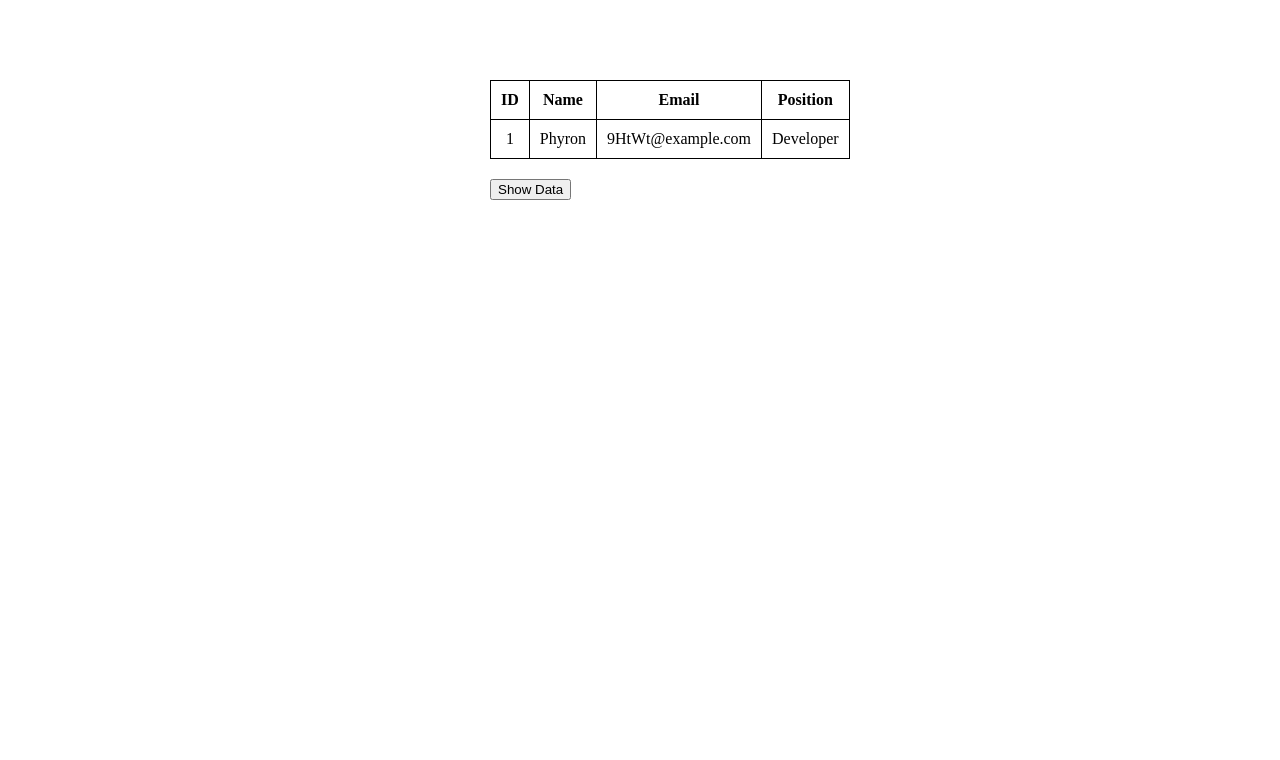
Repository: phyron-coder/NodeJS-1-
Page: index.html
An editor plug-in stored every save of this project. The page is shown before and after the next save, followed by the edit.
The browser window is 1280 px wide. The pictures show the whole page.

Above is the page before, as saved 2025-08-16 00:39:59.

### index.html
<!DOCTYPE html>
<html lang="en">

<head>
    <meta charset="UTF-8">
    <meta name="viewport" content="width=device-width, initial-scale=1.0">
    <title>Fetch API</title>
    <style>
        body {
            width: 300px;
            height: 600px;
            margin: 0 auto;
            padding: 80px 0;
        }

        table,
        th,
        td {
            padding: 10px;
            text-align: center;
            border: 1px solid black;
            border-collapse: collapse;
        }

        tr:nth-child(even) {
            background-color: #f2f2f2;
        }

        button {
            margin-top: 20px;
        }
    </style>
</head>

<body>
    <table id="table">
        <thead>
            <tr>
                <th>ID</th>
                <th>Name</th>
                <th>Email</th>
                <th>Position</th>
            </tr>
        </thead>
        <tbody>
            <tr>
                <td>1</td>
                <td>Phyron</td>
                <td>9HtWt@example.com</td>
                <td>Developer</td>
            </tr>
        </tbody>

    </table>
    <button>Show Data</button>
</body>
<script>
    const table = document.getElementById('table');
    const button = document.querySelector('button');
    button.addEventListener('click', () => {
        fetch('https://jsonplaceholder.typicode.com/users')
            .then(response => response.json())
            .then(data => {
                console.log(data);
                data.forEach(user => {
                    const row = document.createElement('tr');
                    row.innerHTML = `
                            <td>${user.id}</td>
                            <td>${user.name}</td>
                            <td>${user.email}</td>
                            <td>${user.position}</td>
                        `;
                    table.appendChild(row);
                })
            })
    })
</script>

</html>

After the next save:
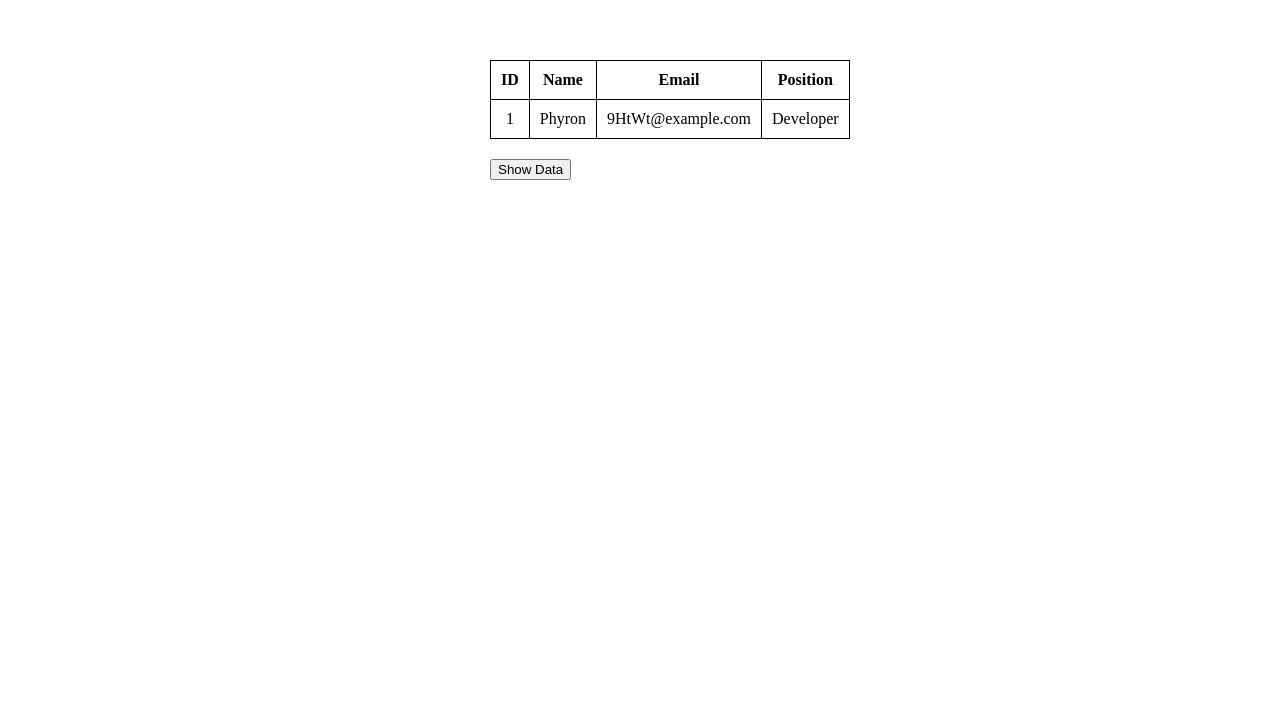
Saved 6 s later.
--- a/index.html
+++ b/index.html
@@ -10,7 +10,7 @@
             width: 300px;
             height: 600px;
             margin: 0 auto;
-            padding: 80px 0;
+            padding: 60px 0;
         }
 
         table,
